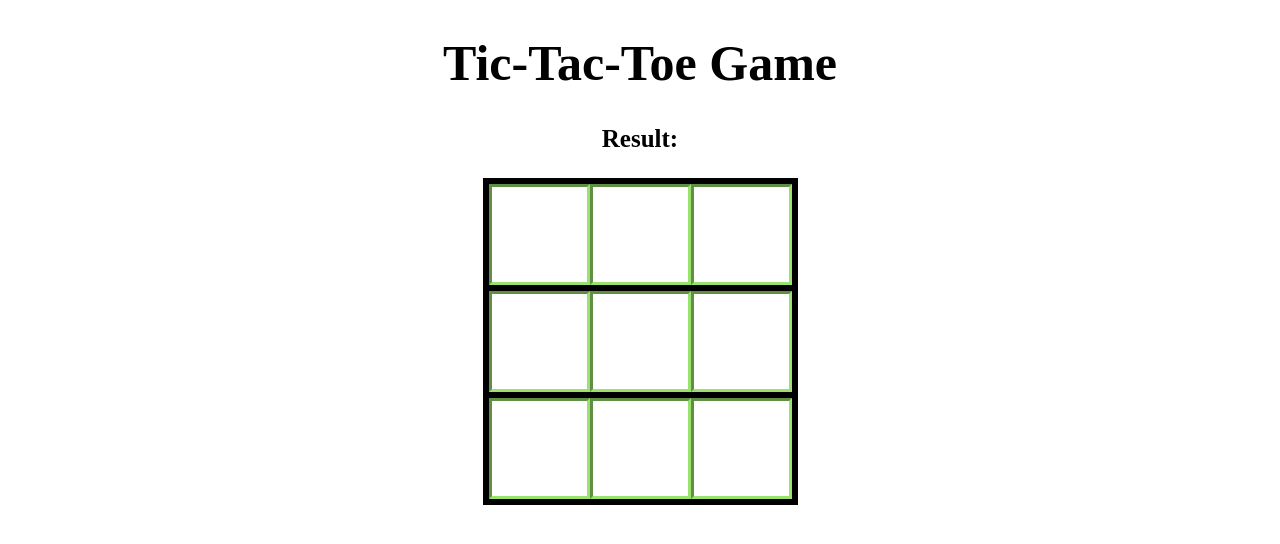
Repository: 0101chaitanya/Tic-Tac-Toe
Page: index.html
These files come from the project's save history. The page is drawn as it stood at one moment and after the next save; the edit follows.
The browser window is 1280 px wide. The pictures show the whole page.

Above is the page before, as saved 2021-06-09 18:16:55.

### index.html
<!DOCTYPE html>
<html>
    <head>
<meta charset="utf-8">
<title>Tic-Tac-Toe Game</title>
<link rel="stylesheet" href="styles.css">
    </head>
<body>
    <h1 id="heading">Tic-Tac-Toe Game</h1>

    <div id = "Output">
        <p  >Result:</p>
    </div>
    <div id = "gameSquare">

    <div id = "row1">
    <div class = "r1Column"></div>
    <div class = "rlColumn"></div>
    <div class = "rlColumn"></div>
</div>
<div id = "row2">
    <div class = "r2Column"></div>
    <div class = "r2Column"></div>
    <div class = "r2Column"></div>
</div>
<div id = "row3">
    <div class = "r3Column"></div>
    <div class = "r3Column"></div>
    <div class = "r3Column"></div>
</div>
</div>
</body>
<script type="text/javascript" src="script.js"></script>
</html>

### styles.css
:root{
    text-align: center;
font-weight: bold;
}
@media  screen and (max-width: 400px){
    :root{
        font-size: 14px;
}

}
@media  screen and (min-width: 401px) and (max-width: 700px){
    :root{
        font-size: 18px;
}


}@media  screen and (min-width: 701px) {
    :root{
        font-size:25px;
}

}

#gameSquare{
    border-style: solid;
    width:min-content;
    height:min-content;
    display:block;
    margin:auto;
}
#gameSquare>div:nth-child(n){
    border-style: solid;
    width:min-content;
    height:min-content;
    display:flex;
    justify-content:center;
    align-items:center;
}
#gameSquare>div:nth-child(n)>div:nth-child(n){
    display:block;
    margin: auto;
    border-style: solid;
    width:3.8rem;
    height:3.8rem;
border-style:inset;
border-color: rgb(154, 226, 110);;
}

### script.js
/* (function(){
let
})(); */

After the next save:
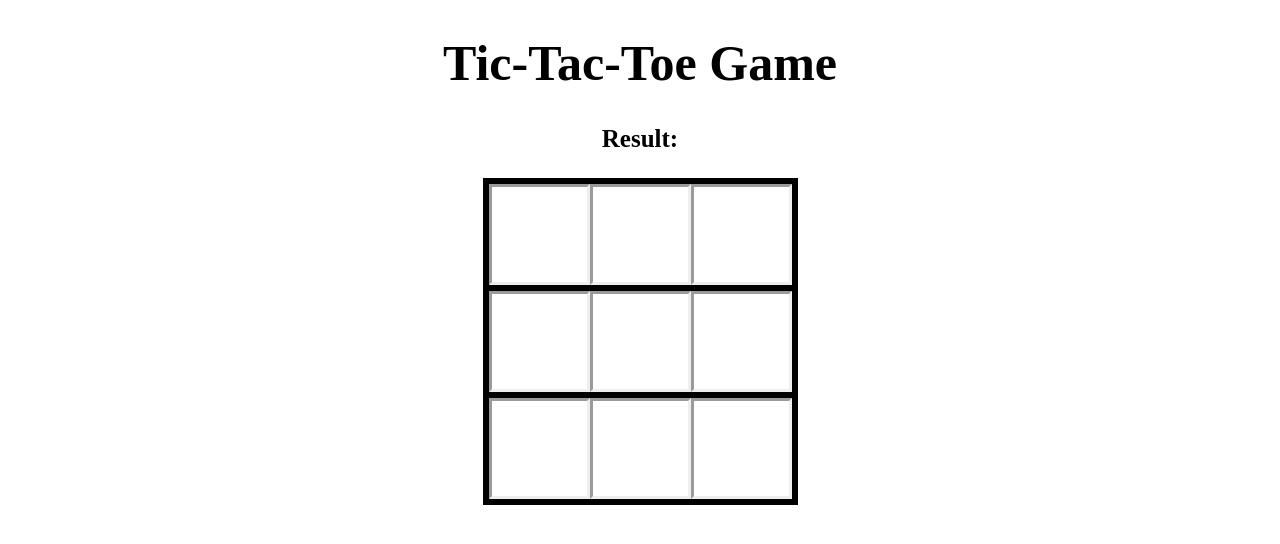
Saved 10 s later.
--- a/styles.css
+++ b/styles.css
@@ -43,5 +43,4 @@ font-weight: bold;
     width:3.8rem;
     height:3.8rem;
 border-style:inset;
-border-color: rgb(154, 226, 110);;
 }
